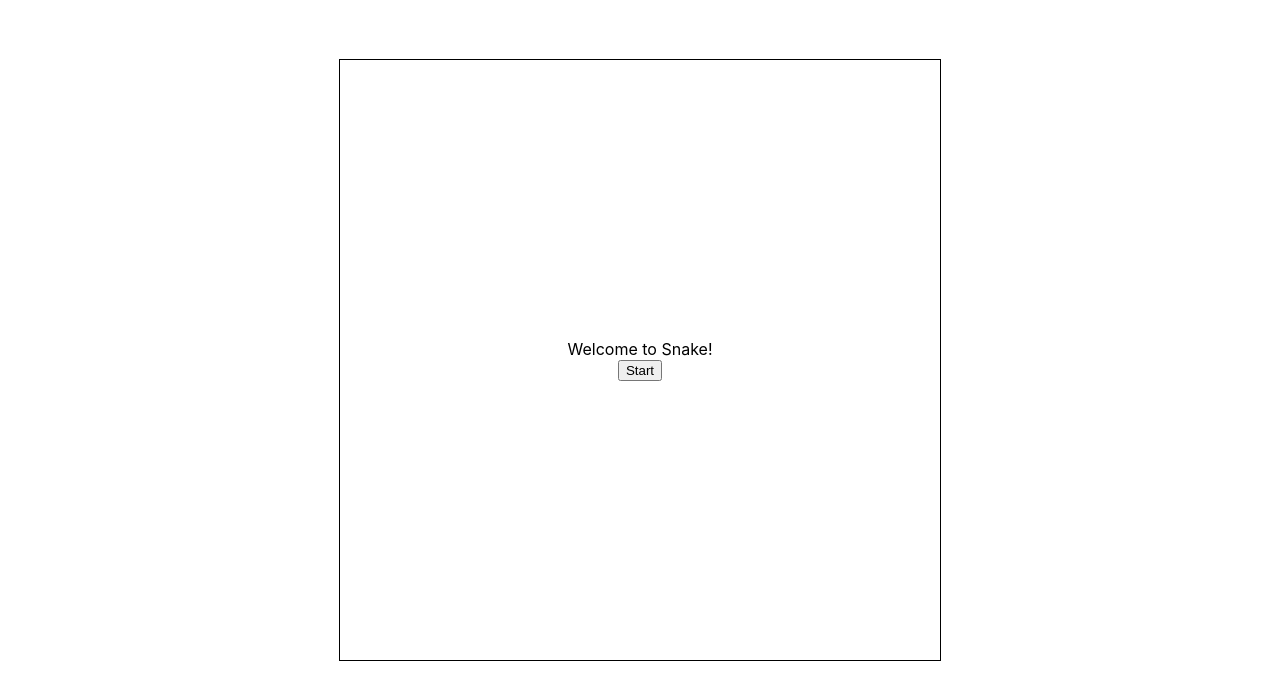
Repository: meills/react-snake
Page: /
These files come from the project's save history. The page is drawn as it stood at one moment and after the next save; the edit follows.
The browser window is 1280 px wide. The pictures show the whole page.
The project was rebuilt for these pictures with package versions that can differ from the ones it lists, and the page was loaded fresh each time. Also part of the build but not shown: src/components/Snakeboard.js, src/styles/App.css.

Above is the page before, as saved 2020-06-15 13:34:22.

After the next save:
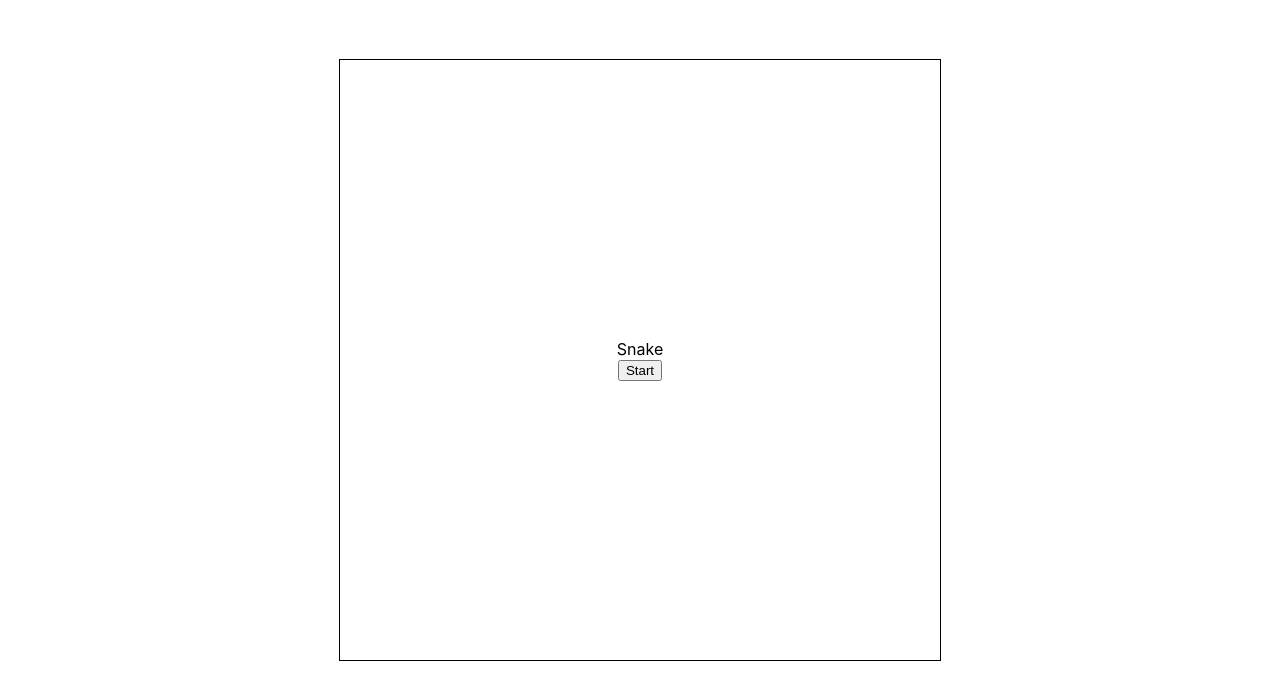
Saved 21 s later.
--- a/src/components/WelcomeMessage.js
+++ b/src/components/WelcomeMessage.js
@@ -1,7 +1,7 @@
 import React from 'react';
 
 function WelcomeMessage() {
-    return(<div className='welcome-message'> Welcome to Snake!
+    return(<div className='welcome-message'> Snake
            </div>);
 }
 
